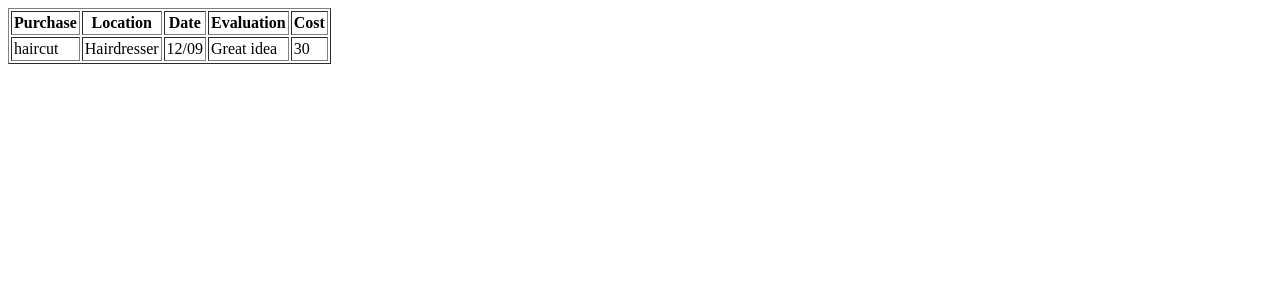
Repository: wakoya-tech/Node.js
Page: Desktop/Node-js/okey.html
These files come from the project's save history. The page is drawn as it stood at one moment and after the next save; the edit follows.
The browser window is 1280 px wide. The pictures show the whole page.

Above is the page before, as saved 2025-11-13 11:44:10.

### Desktop/Node-js/okey.html
<!DOCTYPE html>
<html lang="en">
<head>
    <meta charset="UTF-8">
    <meta name="viewport" content="width=device-width, initial-scale=1.0">
    <title>Document</title>
</head>
<body>
    <table border="1" cellpadding="2">
      <tr>
        <th>Purchase</th> <th>Location</th><th>Date</th><th>Evaluation</th><th>Cost</th>
      </tr>
      <tr>
        <td>
            haircut
        </td>
        <td>
            Hairdresser
        </td>
        <td>
            12/09
        </td>
        <td>
            Great idea
        </td>
        <td>
            30
        </td>
      </tr>
    </table>
</body>
</html>

After the next save:
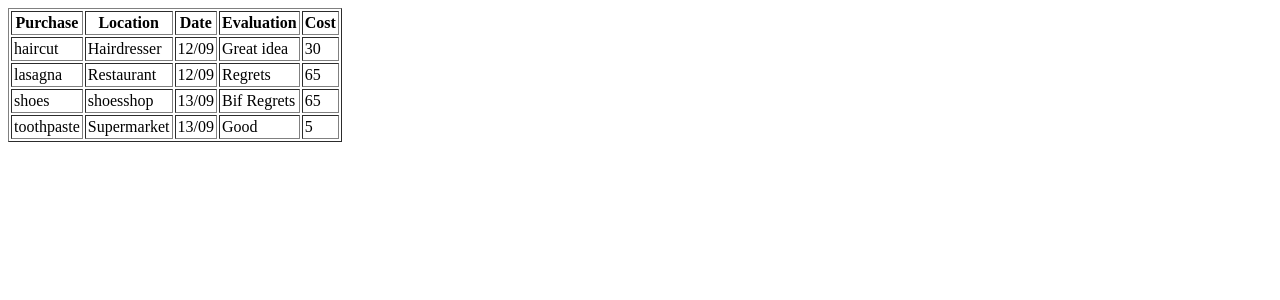
Saved 4 min 46 s later.
--- a/Desktop/Node-js/okey.html
+++ b/Desktop/Node-js/okey.html
@@ -11,21 +11,32 @@
         <th>Purchase</th> <th>Location</th><th>Date</th><th>Evaluation</th><th>Cost</th>
       </tr>
       <tr>
-        <td>
-            haircut
-        </td>
-        <td>
-            Hairdresser
-        </td>
-        <td>
-            12/09
-        </td>
-        <td>
-            Great idea
-        </td>
-        <td>
-            30
-        </td>
+        <td> haircut</td>
+        <td>Hairdresser</td>
+        <td>12/09 </td>
+        <td> Great idea </td>
+        <td> 30</td>
+      </tr>
+      <tr>
+        <td> lasagna</td>
+        <td>Restaurant</td>
+        <td>12/09 </td>
+        <td> Regrets </td>
+        <td> 65</td>
+      </tr>
+      <tr>
+        <td> shoes</td>
+        <td>shoesshop</td>
+        <td>13/09 </td>
+        <td>Bif Regrets </td>
+        <td> 65</td>
+      </tr>
+      <tr>
+        <td> toothpaste</td>
+        <td>Supermarket</td>
+        <td>13/09 </td>
+        <td>Good</td>
+        <td> 5</td>
       </tr>
     </table>
 </body>
